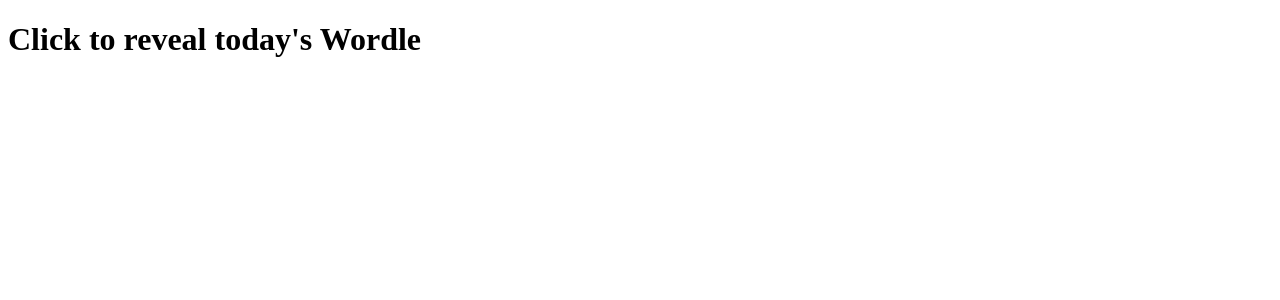
Repository: enoripl/tomorrows-wordle
Page: index.html
These files come from the project's save history. The page is drawn as it stood at one moment and after the next save; the edit follows.
The browser window is 1280 px wide. The pictures show the whole page.

Above is the page before, as saved 2022-02-09 15:57:33.

After the next save:
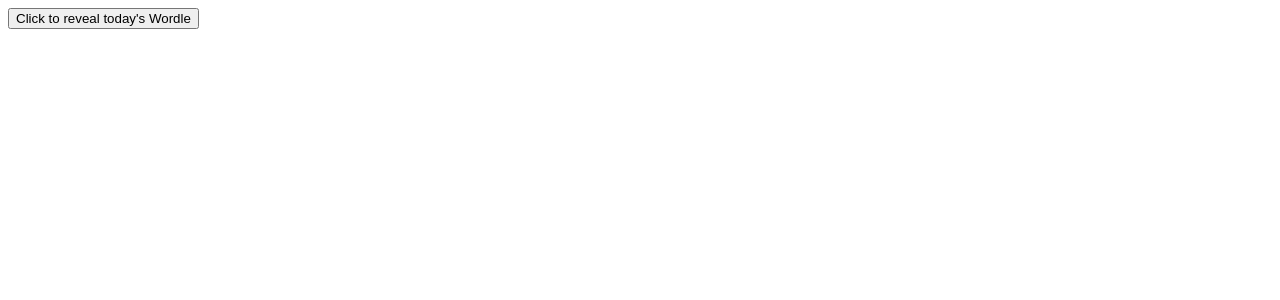
Saved 8 s later.
--- a/index.html
+++ b/index.html
@@ -9,6 +9,6 @@
     <title>Today's (and tommorow's Worlde)</title>
   </head>
   <body>
-      <h1 class="todays-btn">Click to reveal today's Wordle</h1>
+      <button class="todays-btn">Click to reveal today's Wordle</button>
   </body>
 </html>
